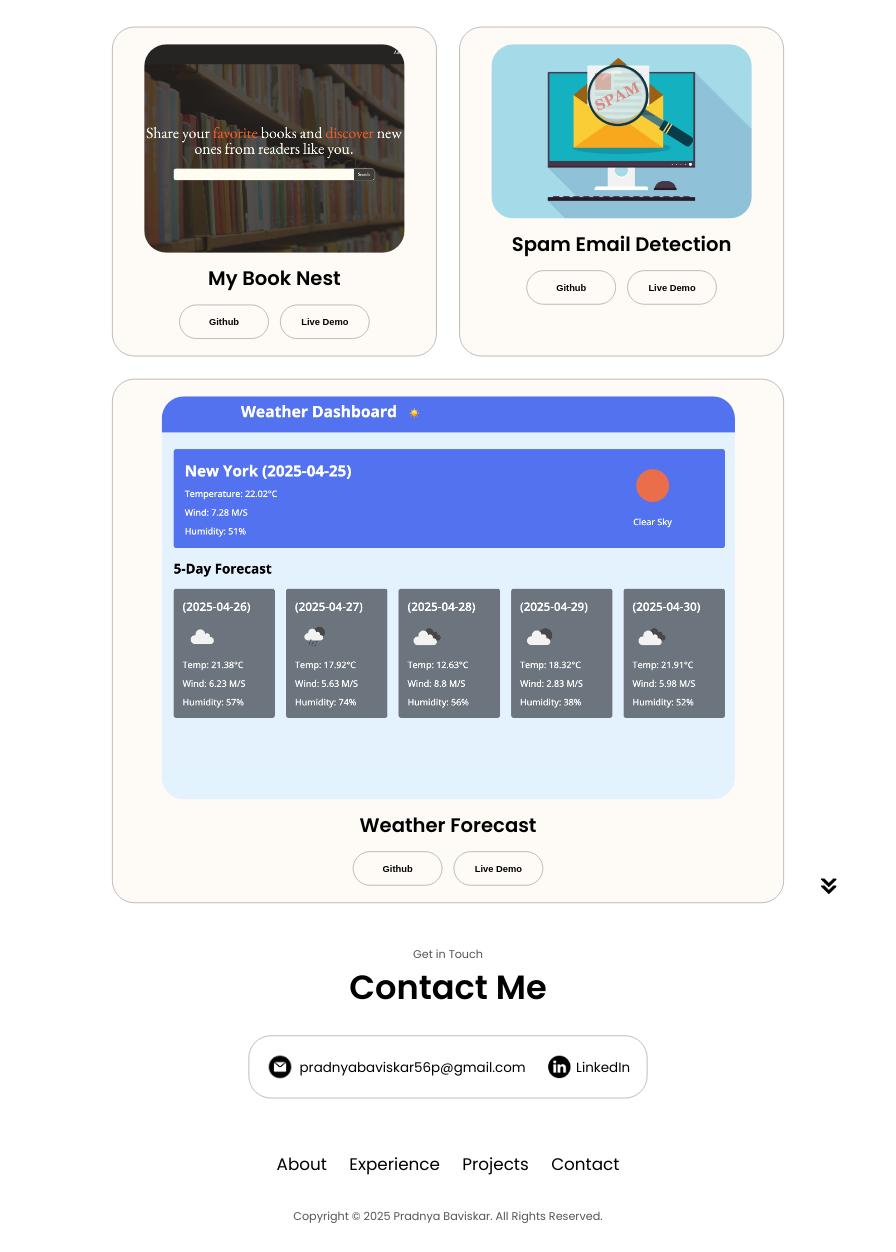
Repository: Pradnya-07/Portfolio-Pradnya
Page: index.html
An editor plug-in stored every save of this project. The page is shown before and after the next save, followed by the edit.
The browser window is 1280 px wide. The pictures show the part of the page from y = 2653 to 4573 px (the page is 4442 px tall before and 4573 px after), at 70% of full size.

Above is the page before, as saved 2025-04-25 18:21:31.

After the next save:
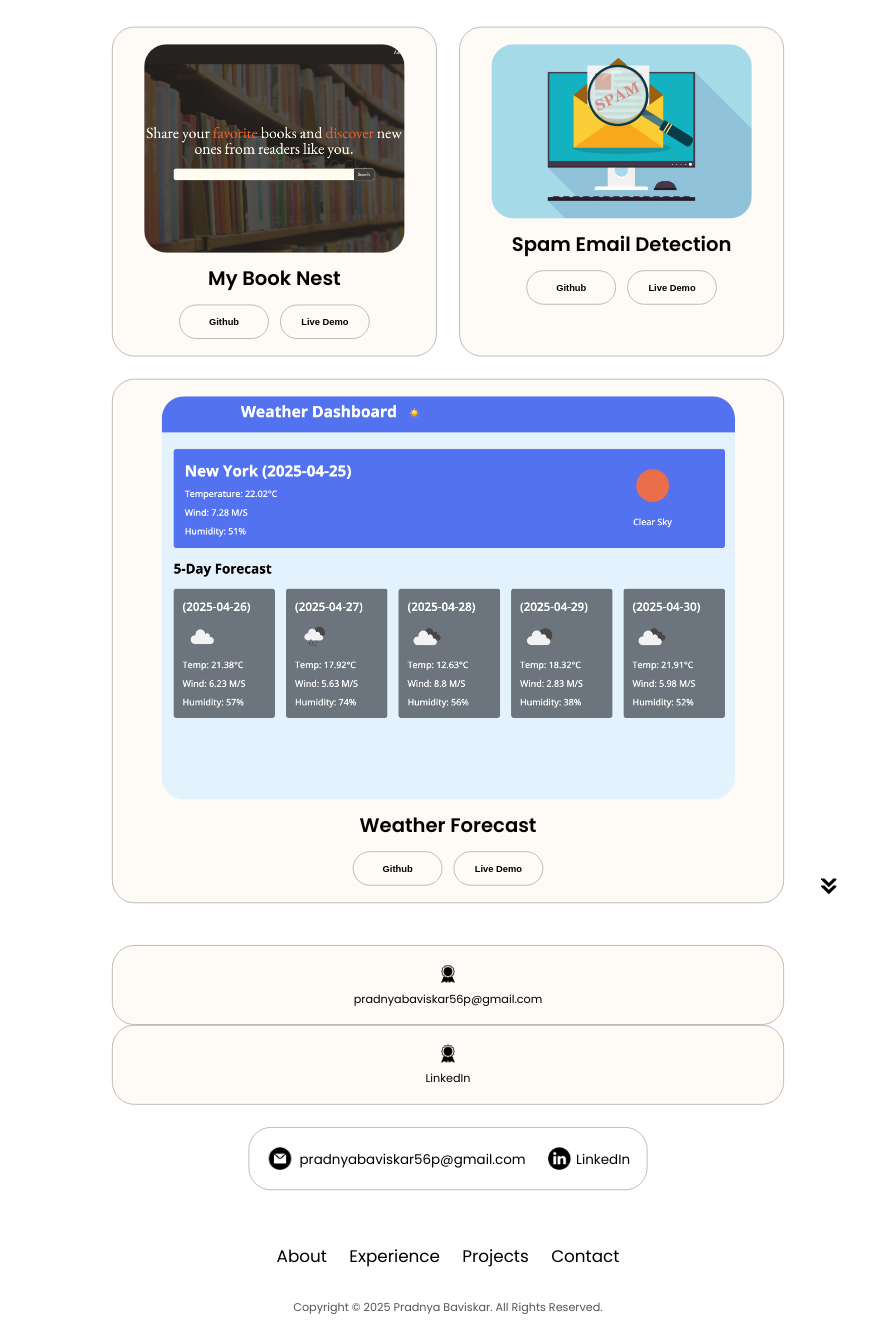
Saved 113 min 0 s later.
--- a/index.html
+++ b/index.html
@@ -383,8 +383,29 @@
       />
     </section>
     <section id="contact">
-      <p class="section__text__p1">Get in Touch</p>
-      <h1 class="title">Contact Me</h1>
+
+
+      <div class="details-container">
+        <img
+          src="./assets/experience.png"
+          alt="Experience icon"
+          class="icon"
+        />
+
+        <p><a href="mailto:pradnyabaviskar56p@gmail.com">pradnyabaviskar56p@gmail.com</a></p>
+      </div>
+      <div class="details-container">
+        <img
+          src="./assets/experience.png"
+          alt="Experience icon"
+          class="icon"
+        />
+
+        <p><a href="https://www.linkedin.com">LinkedIn</a></p>
+      </div>
+
+
+
       <div class="contact-info-upper-container">
         <div class="contact-info-container">
           <img
